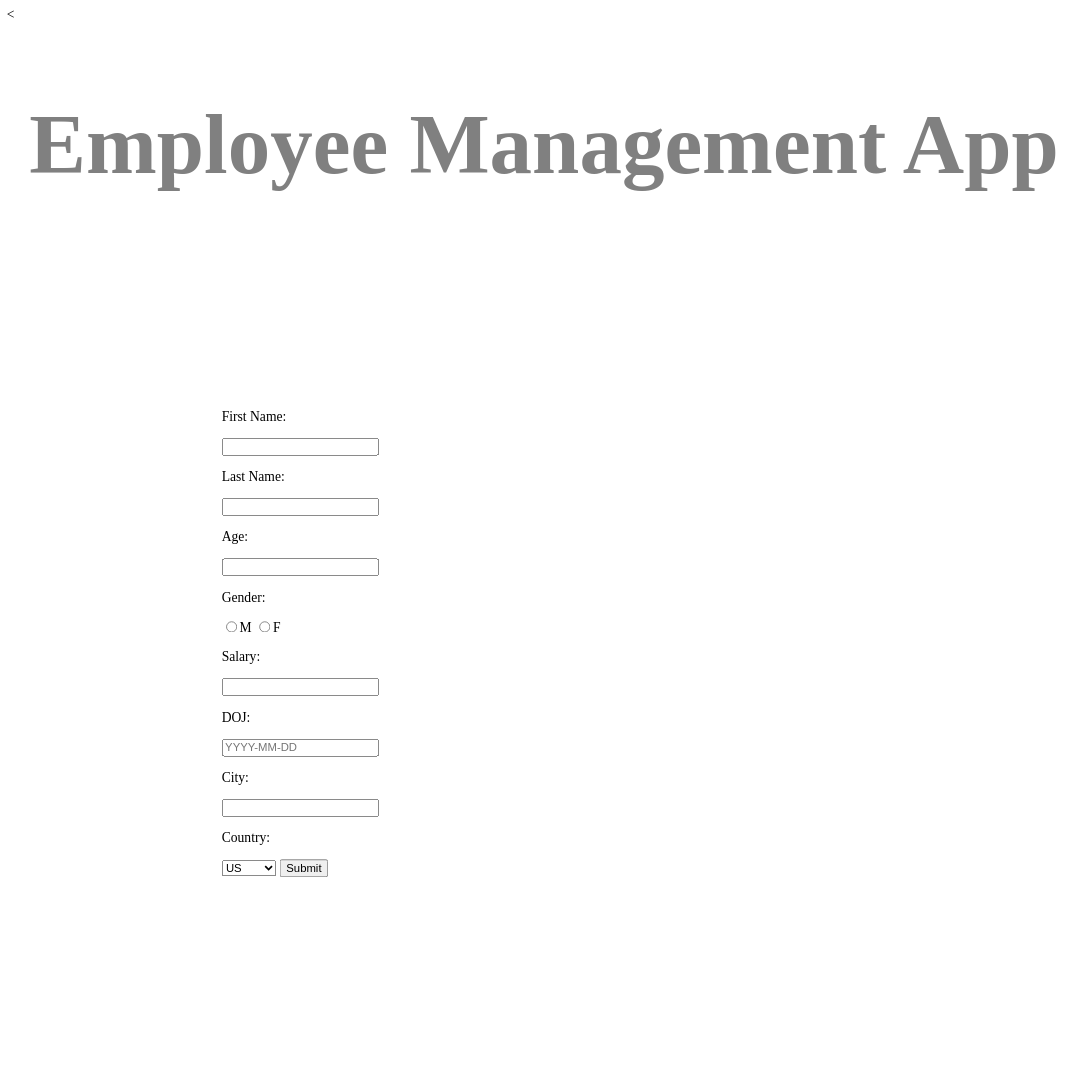
Repository: SaumyaGuptaTechnokrat/Employee_management
Page: http://localhost/Employee/index.jsp
These files come from the project's save history. The page is drawn as it stood at one moment and after the next save; the edit follows.
The browser window is 1280 px wide. The pictures show the whole page, at 85% of full size.
The page is served by Tomcat 9.

Above is the page before, as saved 2023-02-10 17:27:50.

After the next save:
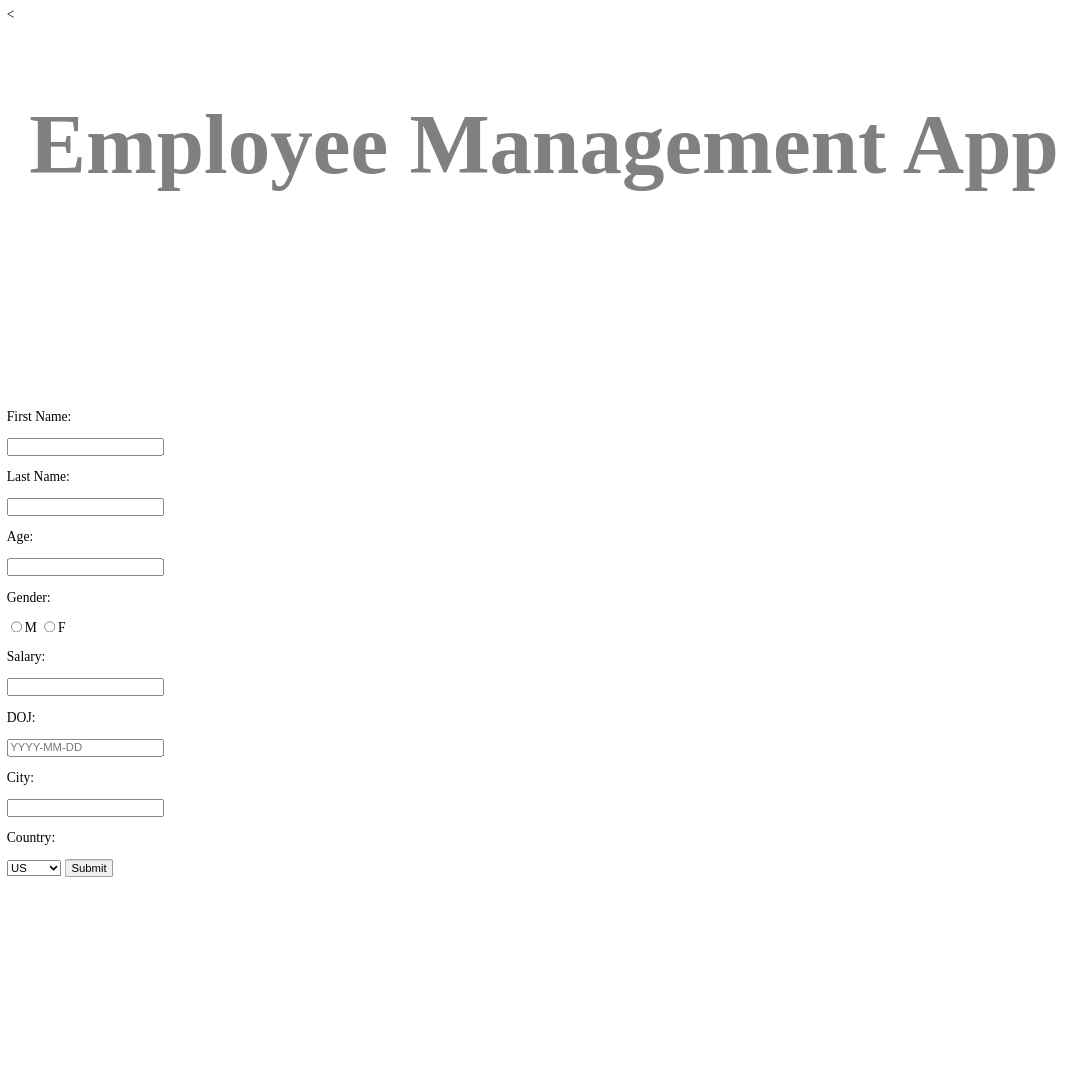
Saved 11 s later.
--- a/Employee/src/main/webapp/index.jsp
+++ b/Employee/src/main/webapp/index.jsp
@@ -9,7 +9,7 @@
 </head>
 <body>
 <h1 style="text-align:center;padding-top:20px;color:gray;font-size:100px;">Employee Management App</h1>
-<div style="margin:20%;">
+<div style="margin:20% 0%;">
 <form action="addRecord.jsp" method="post" >
 
 		<p>First Name:</p><input name="fName" type="text"><br>

After the save that followed:
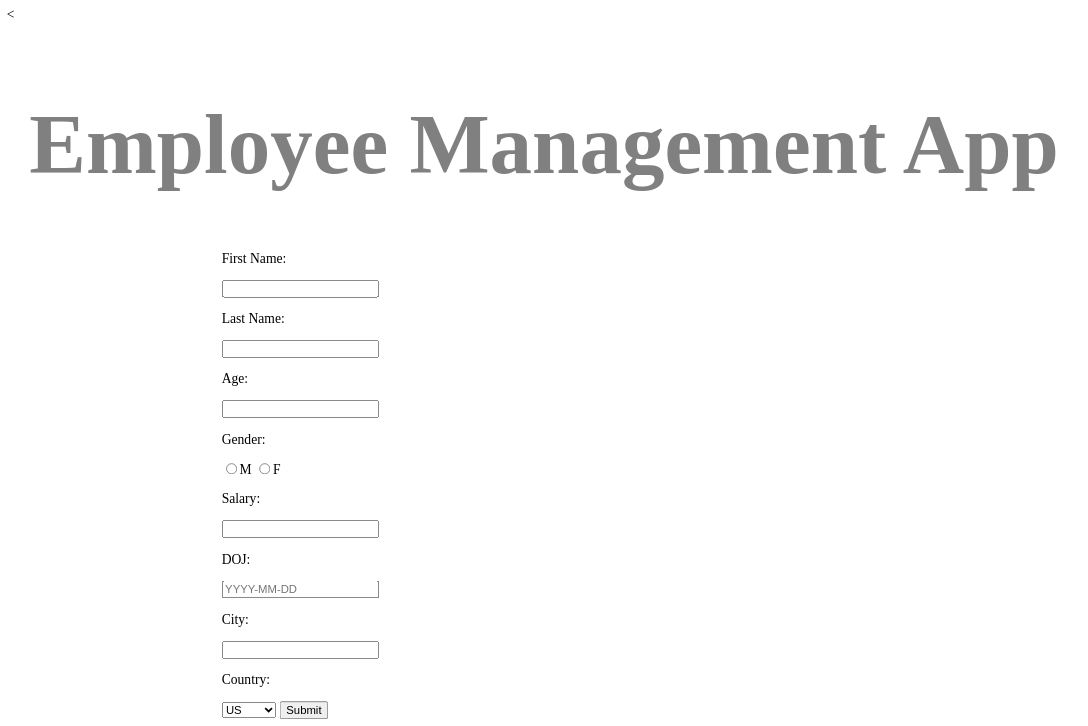
Saved 9 s later.
--- a/Employee/src/main/webapp/index.jsp
+++ b/Employee/src/main/webapp/index.jsp
@@ -9,7 +9,7 @@
 </head>
 <body>
 <h1 style="text-align:center;padding-top:20px;color:gray;font-size:100px;">Employee Management App</h1>
-<div style="margin:20% 0%;">
+<div style="margin:0% 20%;">
 <form action="addRecord.jsp" method="post" >
 
 		<p>First Name:</p><input name="fName" type="text"><br>
